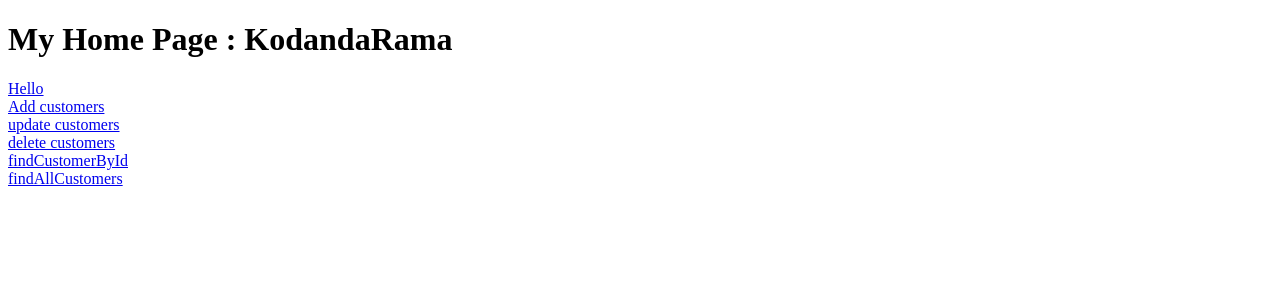
Repository: Rama-13/LaunchPadAllFiles
Page: java-workspace/SpringMVCDemo/WebContent/index.html
These files come from the project's save history. The page is drawn as it stood at one moment and after the next save; the edit follows.
The browser window is 1280 px wide. The pictures show the whole page.

Above is the page before, as saved 2019-08-01 09:44:47.

After the next save:
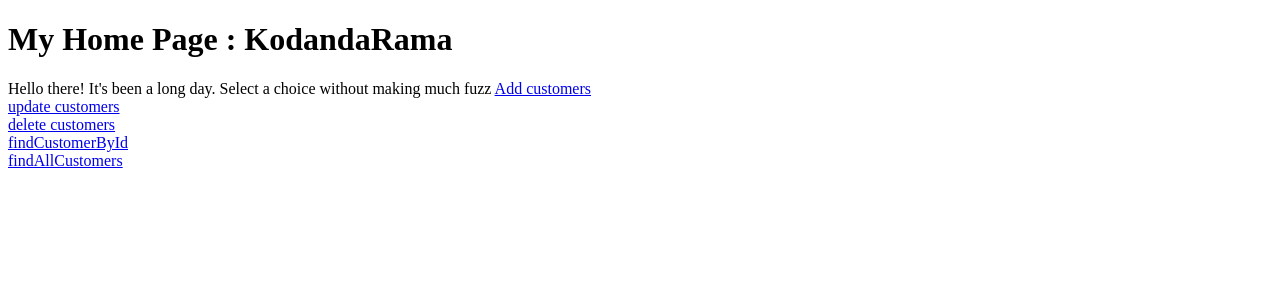
Saved 67 s later.
--- a/java-workspace/SpringMVCDemo/WebContent/index.html
+++ b/java-workspace/SpringMVCDemo/WebContent/index.html
@@ -6,7 +6,7 @@
 </head>
 <body>
 <h1>My Home Page : KodandaRama</h1>
-<a href = "Hello.html">Hello</a><br>
+Hello there! It's been a long day. Select a choice without making much fuzz
 <a href = "addcustomers.do">Add customers</a><br>
 <a href = "updatecustomers.do">update customers</a><br>
 <a href = "deletecustomers.do">delete customers</a><br>
